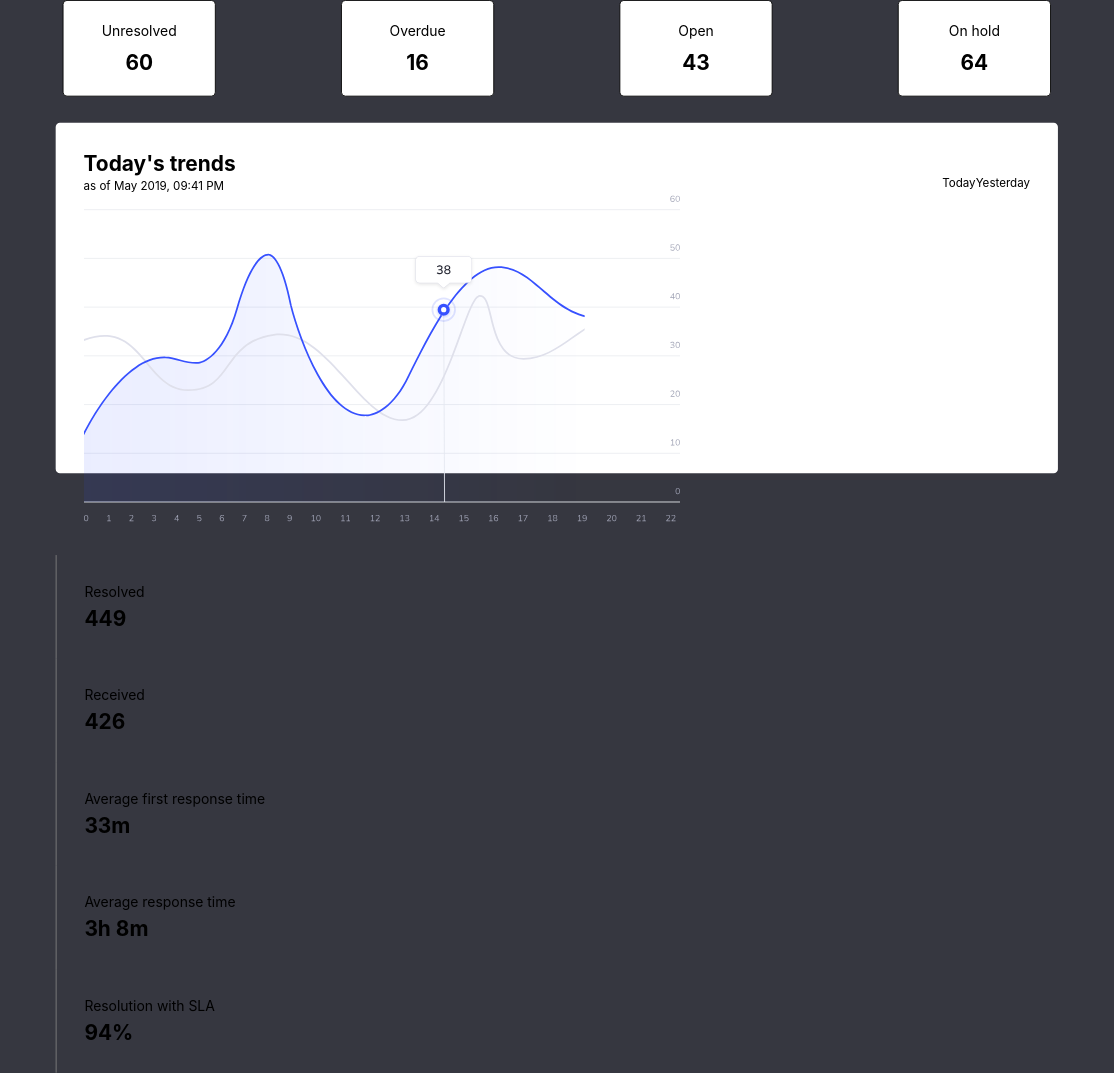
Repository: BuduCE/dashboard
Page: /
The author's editor kept a copy of each file at every save. The page is drawn from the files as they stood at one save, then again after the next save.
The browser window is 1280 px wide. The pictures show the whole page, at 87% of full size.
Some web libraries are served in a nearby version. The project was rebuilt for these pictures with package versions that can differ from the ones it lists, and the page was loaded fresh each time.

Above is the page before, as saved 2022-08-03 23:23:48.

After the next save:
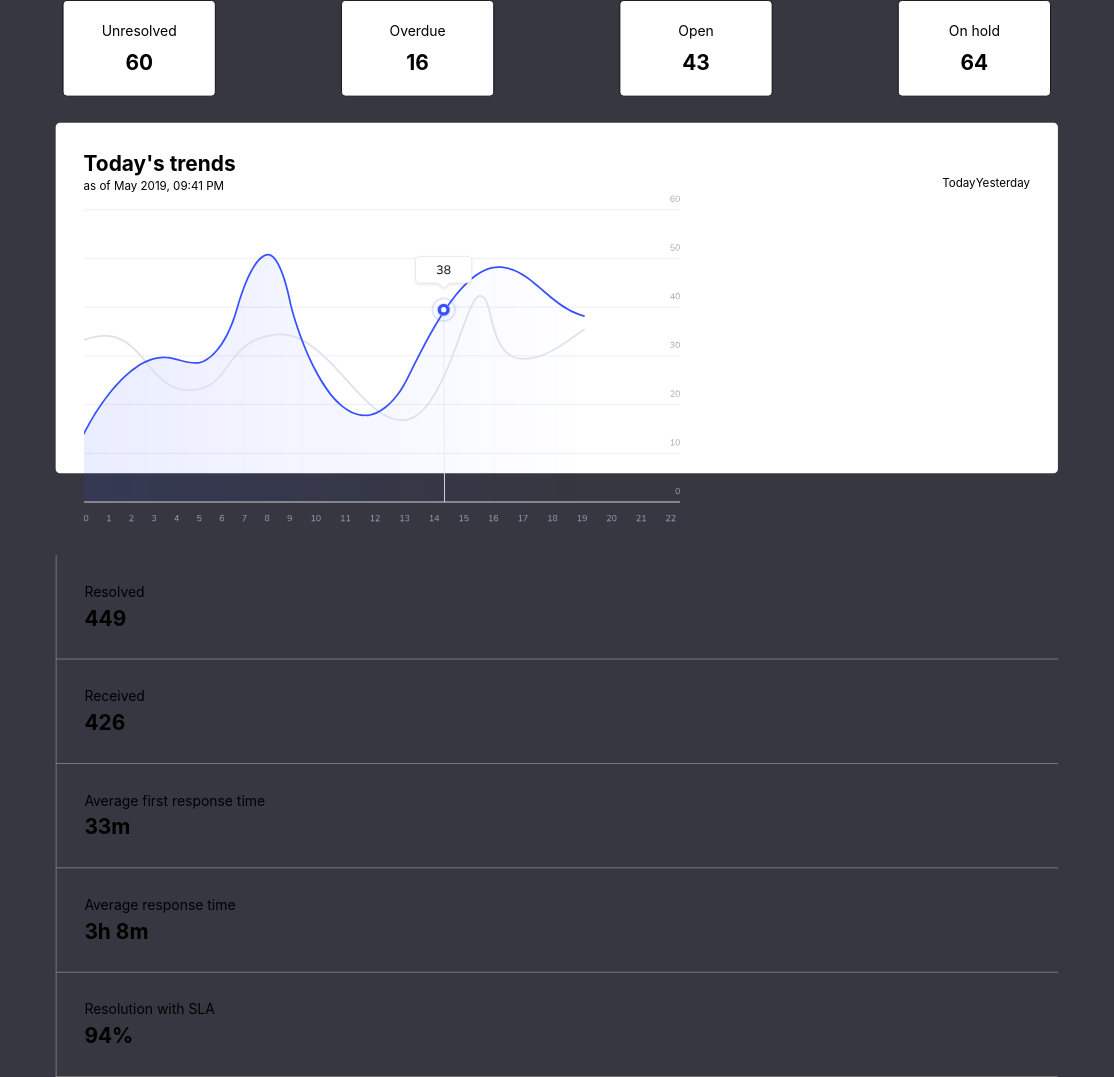
Saved 5 s later.
--- a/src/pages/Overview/styles.css
+++ b/src/pages/Overview/styles.css
@@ -52,7 +52,7 @@
 .summary_type{
     padding: 32px;
     border-left: 1px solid grey;
-    border-bottom: ;
+    border-bottom: 1px solid grey;
 }
 .summary_type p{
     margin-bottom: 6px;
